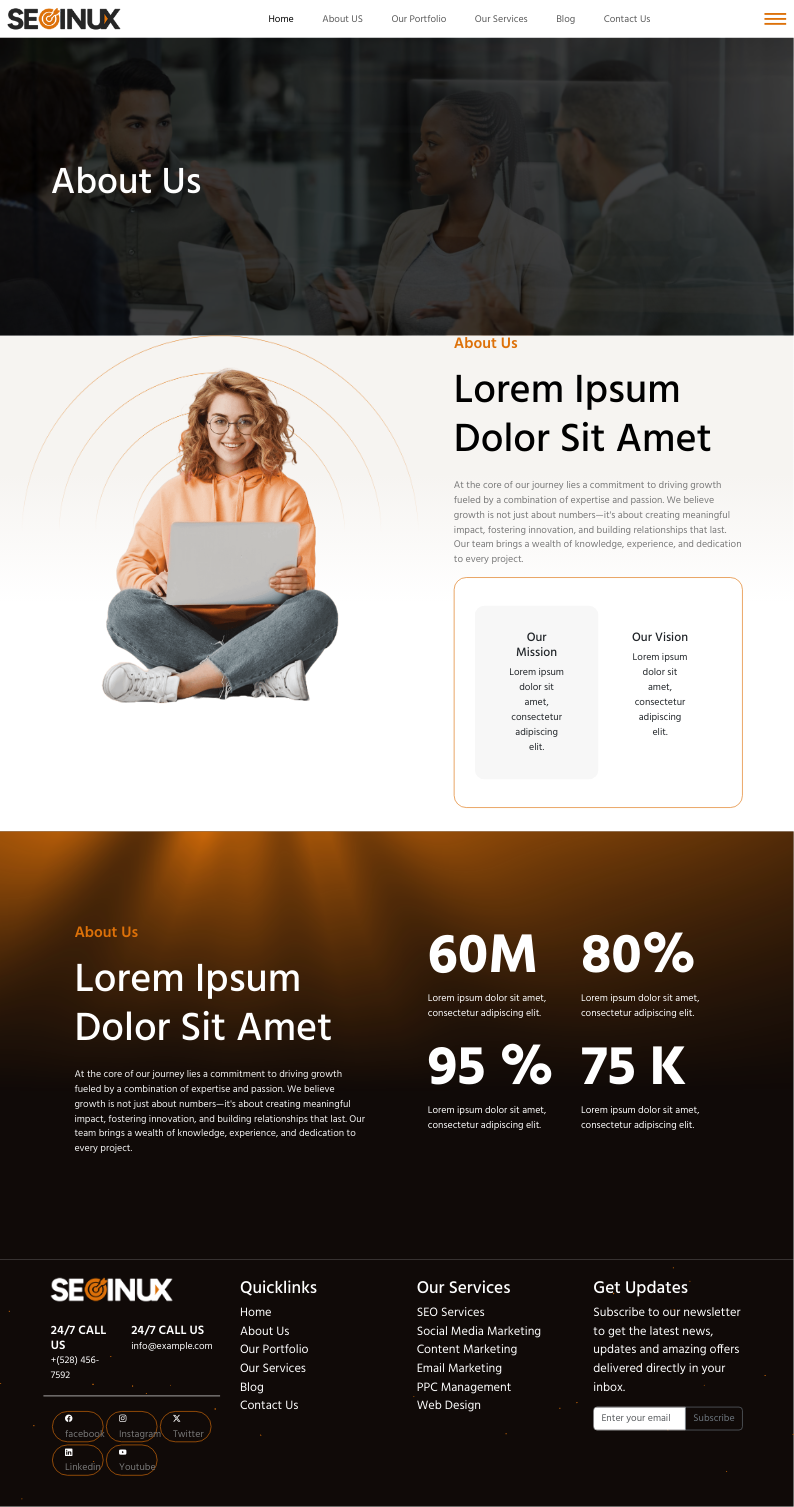
Repository: tagnam/seoinox
Page: about.html
An editor plug-in stored every save of this project. The page is shown before and after the next save, followed by the edit.
The browser window is 1280 px wide. The pictures show the whole page, at 62% of full size.
Backgrounds fixed to the window are drawn as part of the page.

Above is the page before, as saved 2025-02-26 10:55:12.

After the next save:
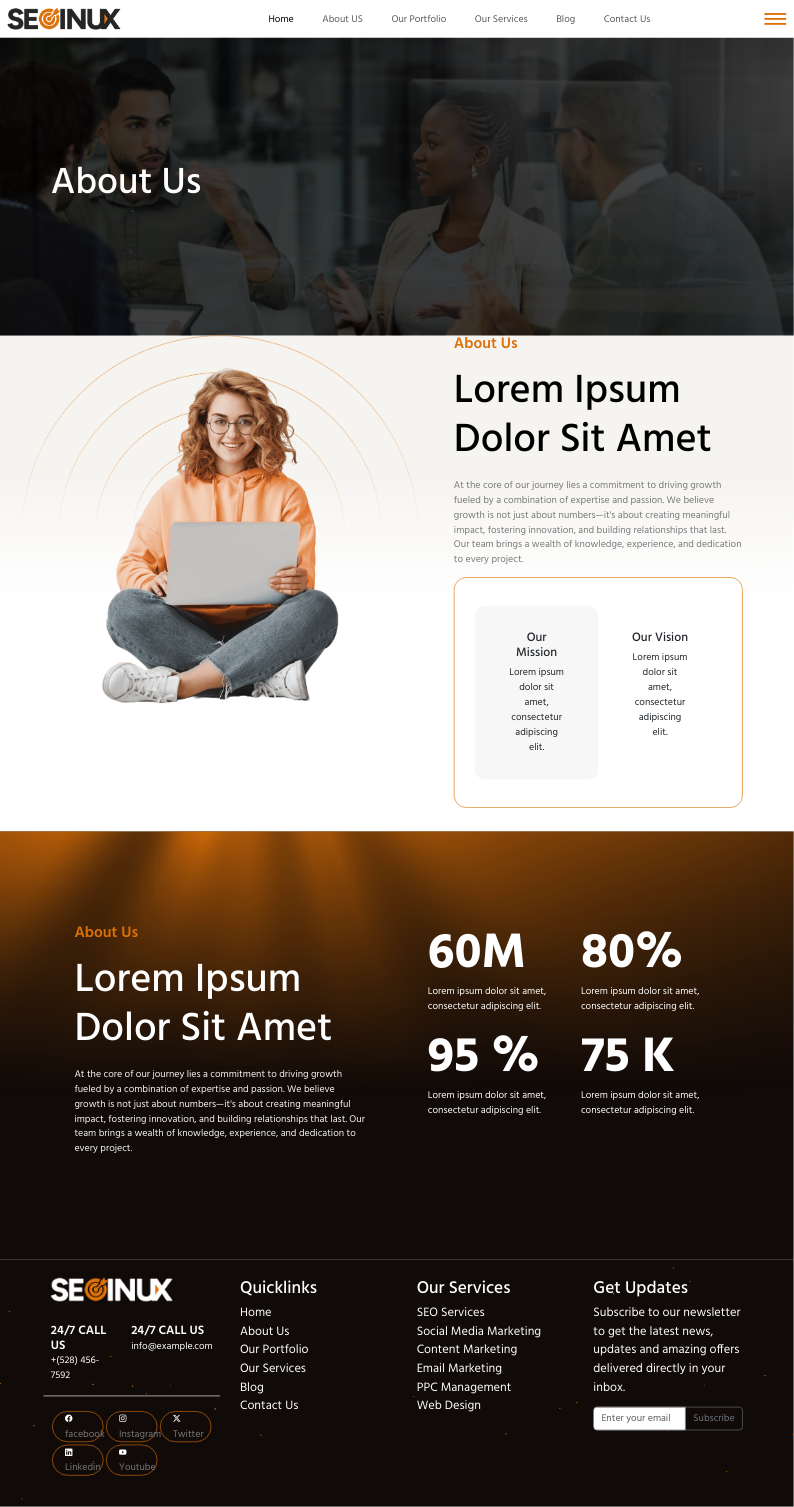
Saved 6 s later.
--- a/style/css/style.css
+++ b/style/css/style.css
@@ -505,7 +505,7 @@ div.service-card{
 }
 
 .choice-num{
-    font-size: 90px;
+    font-size: 80px;
     font-weight: 700;
     color: #ffffff;
     transition: all 0.3s;
